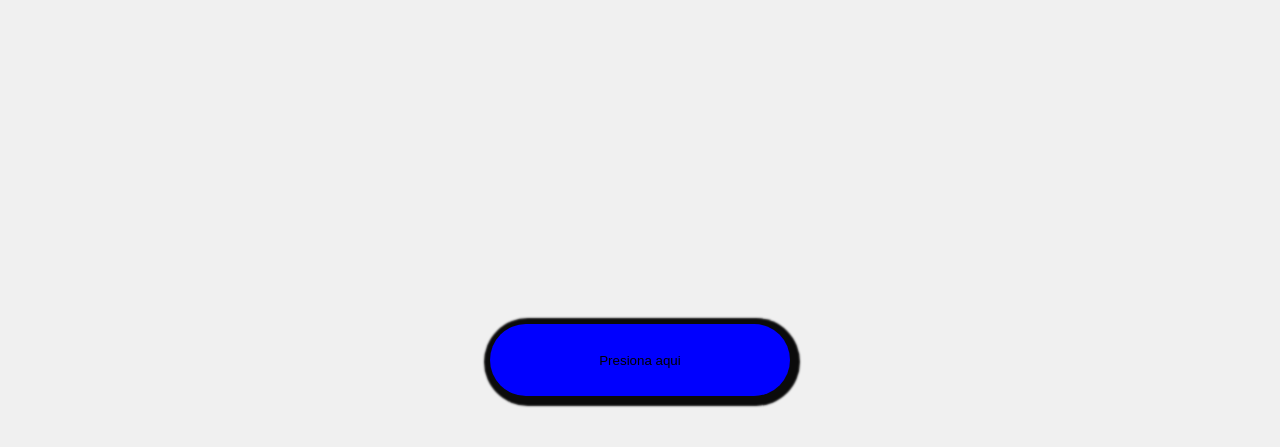
Repository: ye909/secreto
Page: inicio.html
An editor plug-in stored every save of this project. The page is shown before and after the next save, followed by the edit.
The browser window is 1280 px wide. The pictures show the whole page.
The pointer rests on the first visible `#btn`.

Above is the page before, as saved 2025-02-20 21:33:14.

### inicio.html
<!DOCTYPE html>
<html>
<head>
<title>Amigo Secreto 3D</title>
<link rel="stylesheet" href="inicio.css">
</head>
<body>

          <div class="container">
            <h1 id="message">¡Bienvenido al Juego del Amigo Secreto!</h1>
        </div>
    <button id="btn">Presiona aqui</button>

  <script src="inicio.js"></script>
</body>
</html>

### inicio.css
body, html {
    height: 100%;
    margin: 0;
    display: flex;
    justify-content: center;
    align-items: center;
    background-color: #f0f0f0;
    font-family: Arial, sans-serif;
}

.container {
    text-align: center;
}

#message {
    font-size: 2em;
    color: #333;
    opacity: 0;
    transform: translateY(-20px);
    animation: fadeIn 1s ease-out forwards;
}

@keyframes fadeIn {
    to {
        opacity: 1;
        transform: translateY(0);
    }
}
#btn{
    display: none;
    width: 300px;
    height: 10vh;
    background: rgb(97, 97, 205);
    border-radius: 60px;
    border:none;
}
#btn:hover{
    background: blue;
    box-shadow: rgb(11, 11, 11) 2px 2px 2px 8px ;
}

### inicio.js
// script.js
document.addEventListener('DOMContentLoaded', function() {
    setTimeout(function() {
        document.getElementById('message').style.display = 'none';
        document.getElementById('btn').style.display = 'inline';
    }, 3000);


});

After the next save:
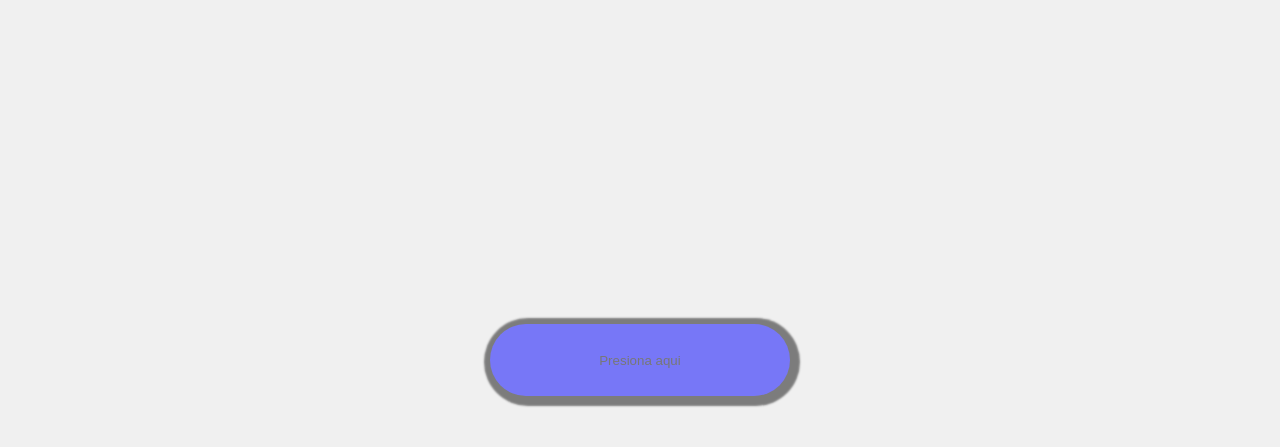
Saved 16 s later.
--- a/inicio.css
+++ b/inicio.css
@@ -37,4 +37,5 @@ body, html {
 #btn:hover{
     background: blue;
     box-shadow: rgb(11, 11, 11) 2px 2px 2px 8px ;
+    opacity: 0.5;
 }
